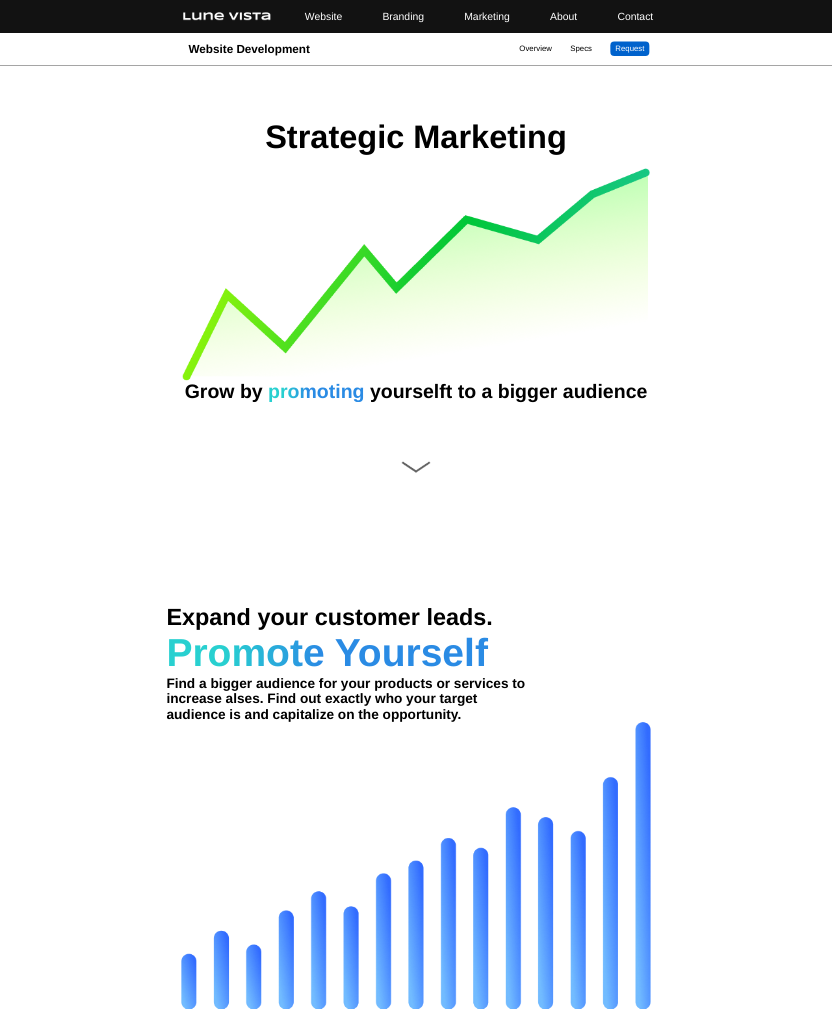
Repository: yoItsTyler/templates
Page: /marketing
These files come from the project's save history. The page is drawn as it stood at one moment and after the next save; the edit follows.
The browser window is 1280 px wide. The pictures show the whole page, at 65% of full size.
Some web fonts or font styles are not loaded; a fallback is used. The project was rebuilt for these pictures with package versions that can differ from the ones it lists, and the page was loaded fresh each time. Also part of the build but not shown: src/components/Branding/styles.module.css, src/components/Branding/Branding.js, src/components/Home/styles.module.css, src/components/Navbar/styles.module.css, src/components/Navbar/Navbar.js, src/components/NavbarMobile/styles.module.css, src/components/NavbarMobile/NavbarMobile.js, src/components/Home/Home.js and 10 more. Imported but missing from the stored project, and not drawn on this page: src/components/Request.

Above is the page before, as saved 2022-12-01 21:09:57.

### public/index.html
<!DOCTYPE html>
<html lang="en">
  <head>
    <meta charset="utf-8" />
    <link rel="icon" href="%PUBLIC_URL%/favicon.ico" />
    <meta name="viewport" content="width=device-width, initial-scale=1" />
    <meta name="theme-color" content="#000000" />
    <meta
      name="description"
      content="Web site created using create-react-app"
    />
    <link rel="apple-touch-icon" href="%PUBLIC_URL%/logo192.png" />
    <!--
      manifest.json provides metadata used when your web app is installed on a
      user's mobile device or desktop. See https://developers.google.com/web/fundamentals/web-app-manifest/
    -->
    <link rel="manifest" href="%PUBLIC_URL%/manifest.json" />
    <!--
      Notice the use of %PUBLIC_URL% in the tags above.
      It will be replaced with the URL of the `public` folder during the build.
      Only files inside the `public` folder can be referenced from the HTML.

      Unlike "/favicon.ico" or "favicon.ico", "%PUBLIC_URL%/favicon.ico" will
      work correctly both with client-side routing and a non-root public URL.
      Learn how to configure a non-root public URL by running `npm run build`.
    -->
    <title>Root Template</title>
  </head>
  <body>
    <noscript>You need to enable JavaScript to run this app.</noscript>
    <div id="root"></div>
    <!--
      This HTML file is a template.
      If you open it directly in the browser, you will see an empty page.

      You can add webfonts, meta tags, or analytics to this file.
      The build step will place the bundled scripts into the <body> tag.

      To begin the development, run `npm start` or `yarn start`.
      To create a production bundle, use `npm run build` or `yarn build`.
    -->
  </body>
</html>

### src/index.js
import React from 'react';
import  ReactDOM  from 'react-dom';
import './index.css';
import reportWebVitals from './reportWebVitals';
import { BrowserRouter as Router } from 'react-router-dom';
import { App } from './components/App';

ReactDOM.render(
  <React.StrictMode>
    <Router>
     <App/>
    </Router>
  </React.StrictMode>,
  document.getElementById('root'),
);



// If you want to start measuring performance in your app, pass a function
// to log results (for example: reportWebVitals(console.log))
// or send to an analytics endpoint. Learn more: https://bit.ly/CRA-vitals
reportWebVitals();

### src/index.css


@import url('https://fonts.cdnfonts.com/css/work-sans');
html, body{
  min-height: fit-content;
 height: 100vh;
  width: 100vw;
  max-width: 100vw;
  margin: 0;
  overflow-x: hidden;
  -ms-overflow-style: none;  /* IE and Edge */
  scrollbar-width: none;  /* Firefox */
  scroll-behavior: smooth;



}
body {



  font-family:  -apple-system, BlinkMacSystemFont, 'Segoe UI', 'Roboto', 'Oxygen',
    'Ubuntu', 'Cantarell', 'Fira Sans', 'Droid Sans', 'Helvetica Neue',
    sans-serif;
    font-family: 'Helvetica';
    font-style: normal;
  -webkit-font-smoothing: antialiased;
  -moz-osx-font-smoothing: grayscale;

  font-family: 'Helvetica', sans-serif;
  -webkit-font-smoothing: antialiased;
  -moz-osx-font-smoothing: grayscale;
}
body::-webkit-scrollbar{
  display: none;
}


code {
  font-family: source-code-pro, Menlo, Monaco, Consolas, 'Courier New',
    monospace;
}

### src/components/App/App.js
import { useEffect, useState } from 'react';
import { Route, Switch } from 'react-router-dom';
import { Branding } from '../Branding/Branding';
import { Home } from '../Home';
import { LogoDesign } from '../LogoDesign';
import { Marketing } from '../Marketing/Marketing';
import { Navbar } from '../Navbar/Navbar';
import { NavbarMobile } from '../NavbarMobile';
import { Plan } from '../Plan/Plan';
import { Plans } from '../Plans/Plans';
import { Request } from '../Request';
import { Specs } from '../Specs';
import { Web } from '../Web/Web';
import styles from './styles.module.css';






export const App = () => {




    return(
        <div className={styles.main}>


            <Switch>
            <Route exact path = {['/request/:id', '/request']} component={Request}/>
            <Route exact path='/marketing' component={Marketing}/>
            <Route exact path = '/branding' component={Branding}/>
            <Route exact path = '/logo-design' component={LogoDesign}/>
                <Route exact path = '/plan/:id' component={Plan}/>
                <Route exact path = '/web-plans' component={Plans}/>
                 <Route exact path = '/web' component={Web}/>
                 <Route exact path = '/specs' component={Specs}/>
                <Route path={['/']} component={Home}/>

            </Switch>
        </div>
    )
}

### src/components/LogoDesign/index.js
export * from './LogoDesign';

### src/components/Marketing/Marketing.js
import { NavbarWeb } from '../NavbarWeb/NavbarWeb';
import { NavBarWebSub } from '../NavBarWebSub/NavBarWebSub';
import styles from './styles.module.css';
import graph from '../../images/Group 55.png';
import graph2 from '../../images/Group 56.png';
import arrow from '../../images/arrow.png';

export const Marketing = () => {

    return(
        <div className={styles.main}>
            <NavbarWeb/>
            <NavBarWebSub/>


            <div className={styles.tile}>

                <div className={styles.title}>
                    Strategic Marketing

                </div>

                <div className={styles.centerItem}>
                <img src={graph} className={styles.graph}/>
                </div>
                <div className={styles.subTxt}>
                    Grow by <span className={styles.blueGrad}>promoting</span> yourselft to a bigger audience
                </div>

                <div className={styles.centerItem}>
                <img src={arrow} className={styles.arrow}/>
                </div>

                <div className={styles.leftCol}
                >
                    <div className={styles.bT1}>
                        Expand your customer leads.
                    </div>
                    <div className={styles.blueTitle}>
                        Promote Yourself
                    </div>
                    <div className={styles.bT2}>
                        Find a bigger audience for your products or services to increase alses. Find out exactly who your target audience is and capitalize on the opportunity.
                    </div>

                </div>

                <div className={styles.centerItem}>
                <img src={graph2} className={styles.graph}/>
                </div>







            </div>

        </div>
    );
};

### src/components/NavbarMobile/index.js
export * from './NavbarMobile';

### src/components/Specs/index.js
export * from './Specs';

### src/components/App/styles.module.css
.main{
    margin-top: 0;
    min-height: fit-content;
    height: 100vh;
    width: 100%;
    max-width: 100vw;
}

### src/components/NavbarWeb/NavbarWeb.js
import styles from './styles.module.css';
import logo2 from '../../images/LuneVistaLogo.png';
import search from '../../images/search.png';
import { useHistory } from 'react-router-dom';
import { useEffect, useState } from 'react';


export const NavbarWeb = () => {
    const history = useHistory();


    const [mobileBool, setMobileBool] = useState(false);
    const [windowDimension, setWindowDimension] = useState(722)

    useEffect(() => {
        setWindowDimension(window.innerWidth);
    }, []);

    useEffect(() => {
        function handleResize() {
            setWindowDimension(window.innerWidth);
        }

        window.addEventListener("resize", handleResize);
        return () => window.removeEventListener('resize', handleResize);
    }, []);

    const isMobile = windowDimension <= 720;

    useEffect(() => {
        if (isMobile !== mobileBool) {
            setMobileBool(isMobile);
        };
        return isMobile;
    }, [isMobile]);





    // <div className={styles.falseDiv}></div>
    return (
        <div className={styles.main}>

            <div className={styles.row}>


                <div className={styles.logo}
                    onClick={() => history.push('/')}
                >
                    <img src={logo2} style={{ width: '100%', height: '' }} />

                </div>






                        {isMobile ? (
                            <div className={styles.mobileMenu}>Menu</div>
                        ) : (
                            <div className={styles.pages}>
                            <div className={styles.page}
                                 onClick={() => history.push('/web')}
                                >Website</div>
                                <div className={styles.page} onClick={() => history.push('/branding')}
                                >Branding</div>
                                <div className={styles.page} onClick={() => history.push('/marketing')}
                                >Marketing</div>
                                <div className={styles.page} onClick={() => history.push('/about')}
                                >About</div>
                                <div className={styles.page} onClick={() => history.push('/contact')}
                                >Contact</div>
                            </div>

                        )}



                    </div>


                </div>





            )
}

### src/components/NavBarWebSub/NavBarWebSub.js
import { useHistory } from 'react-router-dom';
import styles from './styles.module.css';


export const NavBarWebSub = () => {
    const history = useHistory();

    /*




                <div className={styles.row}>
                    <div className={styles.title}>
                        Website Development
                    </div>
                    <div className={styles.btnRow}>
                        <div className={styles.btnTxt}>Overview</div>
                        <div className={styles.btnTxt}>Specs</div>
                        <div className={styles.requestBtn}>Request</div>
                    </div>



                </div>*/


    return (
        <div className={styles.main}>
            <div className={styles.column}>
                <div className={styles.topSpace}></div>
                <div className={styles.row}>
                    <div className={styles.title}>
                        Website Development
                    </div>
                    <div className={styles.btnRow}>
                        <div className={styles.btnTxt}>Overview</div>
                        <div className={styles.btnTxt} onClick={() => history.push('/specs')}
                        >Specs</div>
                        <div className={styles.requestBtn} onClick={() => history.push('/web-plans')}
                        >Request</div>
                    </div>



                </div>



            </div>



        </div>
    )
}

### src/components/Marketing/styles.module.css
.main{

}
.title{
    margin-top: 80px;
    margin-bottom: 20px;
    font-weight: 700;
    font-size: 50px;
    text-align: center;

}
.centerItem{
    display: flex;
    flex-direction: column;
    align-items: center;
    justify-content: center;

}
.subTxt{
    text-align: center;
    font-weight: 700;
    font-size: 30px;
}
.blueGrad{
    background:
linear-gradient(90.35deg, #28D0D0 15.73%, #2A8BE4 41.95%);
  -webkit-background-clip: text;
  -webkit-text-fill-color: transparent;
}
.graph{
    max-width: 80vw;
}


.leftCol{
    width: 564px;
    max-width: 80%;

    margin-left: 20%;
}
.blueTitle{
    background:
linear-gradient(90.35deg, #28D0D0 15.73%, #2A8BE4 41.95%);
  -webkit-background-clip: text;
  -webkit-text-fill-color: transparent;
  font-weight: 700;
  font-size: 60px;
}

.bT1{
    font-weight: 700;
    font-size: 36px;

}
.bT2{
    font-weight: 700;
    font-size: 21px;

}
.arrow{
    margin-top: 90px;
    margin-bottom: 200px;
}

### src/components/NavbarWeb/styles.module.css
.main{
    width: 100vw;
    max-width: 100vw;
    height: 50px;
    margin-top: 0;
   overflow-x: hidden;
    background-color: hsl(0, 0%, 7%);
    position: fixed;
    display: flex;
    z-index: 2;
    justify-content: center;



}
.row{
    width: 100%;

    align-self: center;

    height: 50px;
    max-width: 730px;

    color: #FFFFFF;
 display: flex;
 align-items: center;

justify-content: space-between;



}
.logo{

    padding-left: min(16px, 1.0%);
    height: 32px;
    cursor: pointer;
    display: flex;
    align-content: center;
    align-items: center;
    justify-content: center;
      justify-self: left;
    max-width: 134px;




}
.falseDiv{
    padding-right: min(16px, 1.0%);
    width: 134px;



}
.rightSide{
   align-self: center;
  justify-self: center;


}
.pages{
    flex-basis: 1;
    display: flex;
   height: 32px;


    width: 80%;
    max-width: 536px;
    align-items: center;
    justify-content: space-between;
    justify-self: center;




}

.page{

    font-weight: 400;
    font-size: 16px;
    line-height: 24px;
   cursor: pointer;

   height: 24px;
   align-content: center;
   align-items: center;

   padding-left: 0px;
   padding-right: 0px;

}
.page:hover{
    background-color: rgba(0, 0, 0, 0.3);
   border-radius: 3px;
}
.mobileMenu{
    margin-right: 9px;
}



.search{
   padding-right: min(16px, 1.5%);
margin-left: auto;


}

### src/components/NavBarWebSub/styles.module.css
.main{
    width: 100vw;
    height: 100px;
    position: sticky;

  max-width: 100vw;
  overflow-x: hidden;

    display: flex;
    justify-content: center;
    z-index: 1;
    background-color: white;
    border-bottom: rgba(0, 0, 0, 0.473) .6px solid;
}


.column{
    width: 100%;
    max-width: 730px;

    display: flex;
    flex-direction: column;
    justify-content: center;
    align-content: center;
}
.topSpace{
    height: 50px;

}
.row{
    justify-self: center;
    display: flex;
    width: 100%;
    max-width: 730px;
    justify-content: space-between;
    align-items: center;
    padding-left: 6px;
    padding-right: 6px;
}
.btnRow{
    display: flex;
    width: 200px;
    justify-content: space-between;
    padding-left: 6px;
    align-items: center;
    margin-right: 12px;
}
.title{
    margin-left: 9px;
    height: 20px;
    font-size: 18px;
    font-weight: 700;
    flex-wrap: nowrap;

}
@media only screen and (max-width: 440px) {
    .title{
        font-size: 18px;
        max-width: 100px;
        overflow: hidden;

    }
}
.btnTxt{
    font-size: 12px;
    font-weight: 400;
    line-height: 14px;
    cursor: pointer;

}
.requestBtn{
    font-size: 12px;
    font-weight: 400;
    background-color: #0062CC;
    color: white;
    height: 22px;
    width: 60px;
    display: flex;
    flex-direction: column;
    align-items: center;

    justify-content: center;
    border-radius: 6px;
    line-height: 20px;
    cursor: pointer;
}

Loaded but not shown: src/reportWebVitals.js (common file); src/components/App/index.js (common file); src/components/Home/index.js (common file); src/components/Home/mobile.module.css (no stored copy; drawn as an empty file)

After the next save:
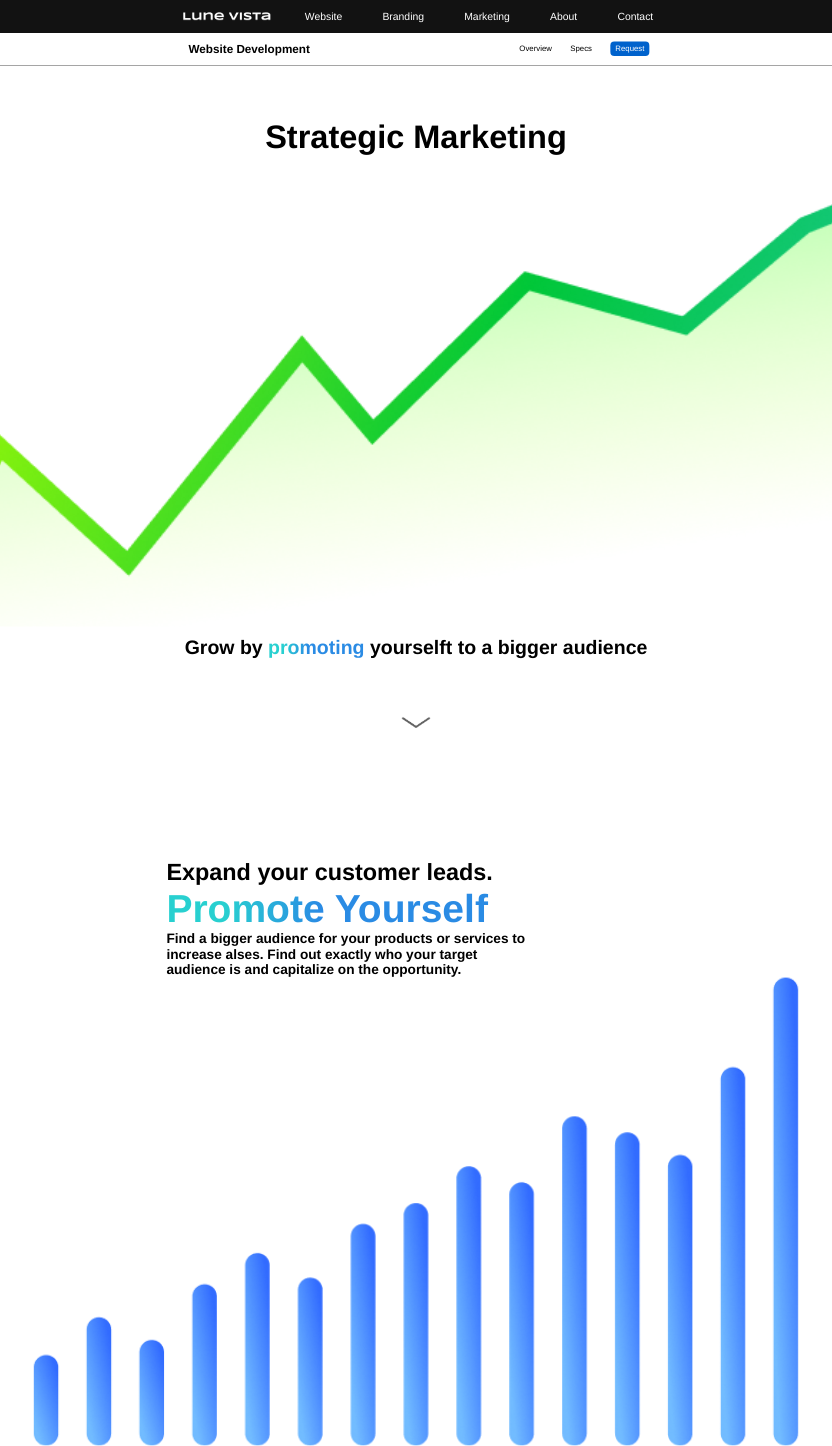
Saved 53 s later.
--- a/src/components/Marketing/styles.module.css
+++ b/src/components/Marketing/styles.module.css
@@ -28,7 +28,7 @@
   -webkit-text-fill-color: transparent;
 }
 .graph{
-    max-width: 80vw;
+   height: 720px;
 }
 
 

After the save that followed:
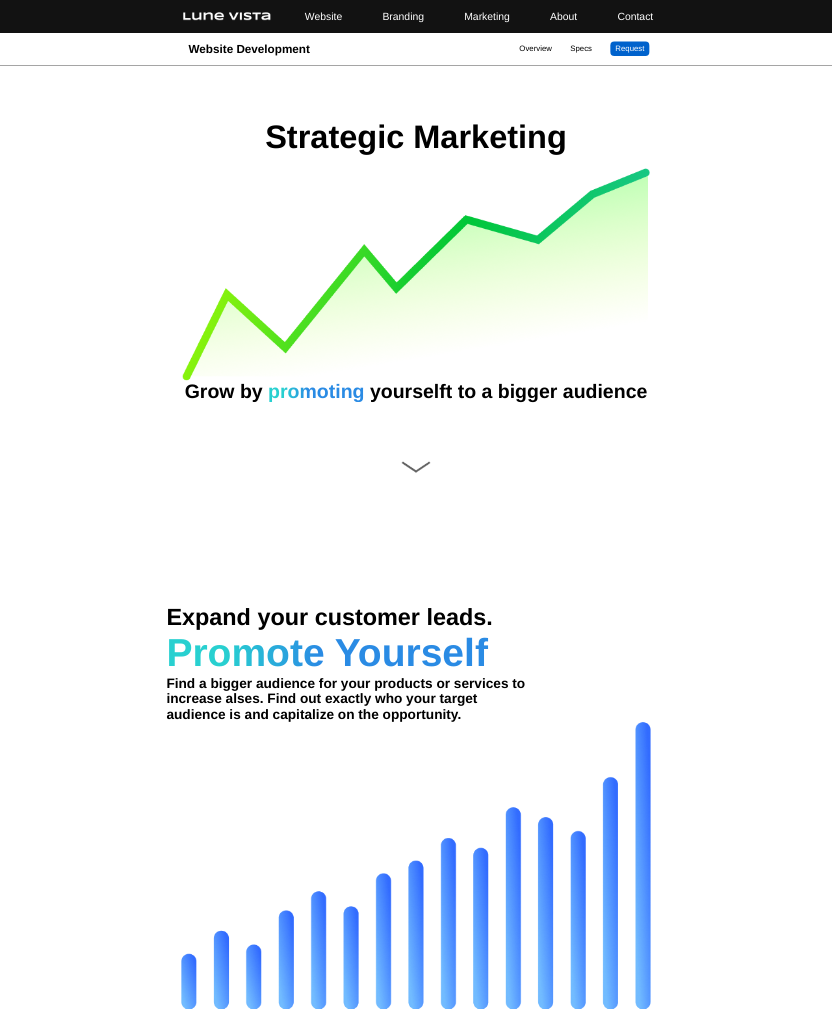
Saved 29 s later.
--- a/src/components/Marketing/styles.module.css
+++ b/src/components/Marketing/styles.module.css
@@ -28,7 +28,7 @@
   -webkit-text-fill-color: transparent;
 }
 .graph{
-   height: 720px;
+    max-width: 80vw;
 }
 
 
